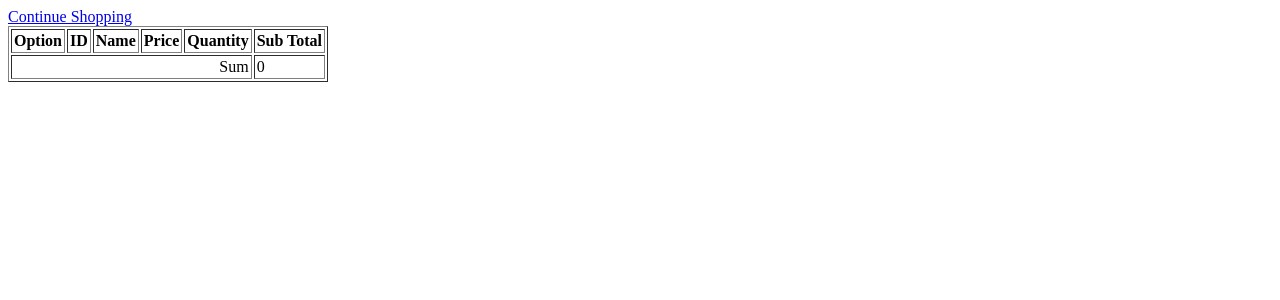
Repository: xzou4/CS221b
Page: http://localhost/fablix/shoppingcart.jsp
These files come from the project's save history. The page is drawn as it stood at one moment and after the next save; the edit follows.
The browser window is 1280 px wide. The pictures show the whole page.
The page is served by Tomcat 9. Other server files are loaded and not shown.

Above is the page before, as saved 2017-02-14 23:39:23.

### fablix/WebContent/shoppingcart.jsp
<%@ page language="java" contentType="text/html; charset=UTF-8"
    pageEncoding="UTF-8"%>

<%@ taglib prefix = "c" uri="http://java.sun.com/jsp/jstl/core"%>
<!DOCTYPE html PUBLIC "-//W3C//DTD HTML 4.01 Transitional//EN" "http://www.w3.org/TR/html4/loose.dtd">
<html>
<head>
<meta http-equiv="Content-Type" content="text/html; charset=UTF-8">
<title>Shopping Cart</title>
</head>
<body>


<a href="javascript:history.back()">Continue Shopping</a>
<table cellpadding="2" cellspacing="2" border="1">
	<tr>
		<th>Option</th>
		<th>ID</th>
		<th>Name</th>
		<th>Price</th>
		<th>Quantity</th>
		<th>Sub Total</th>
	</tr>
	<c:set var="s" value="0"></c:set>
	<c:forEach var="it" items="${sessionScope.cart }">
		<c:set var="s" value="${s + it.price * it.quantity }"></c:set>
		<tr>
			<td align="center"><a href="shoppingCartController?id=${it.id }&action=delete">Delete</td>
			<td>${it.id }</td>
			<td><a href='titlelink?param=${it.name}'>${it.name }</a></td>
			<td>${it.price }</td>
			<td>${it.quantity }</td>
			<td>${it.price * it.quantity}</td>
		</tr>
	</c:forEach>
	<tr>
		<td colspan="5" align="right">Sum</td>
		<td>${s }</td>
	</tr>
</table>

</body>
</html>

After the next save:
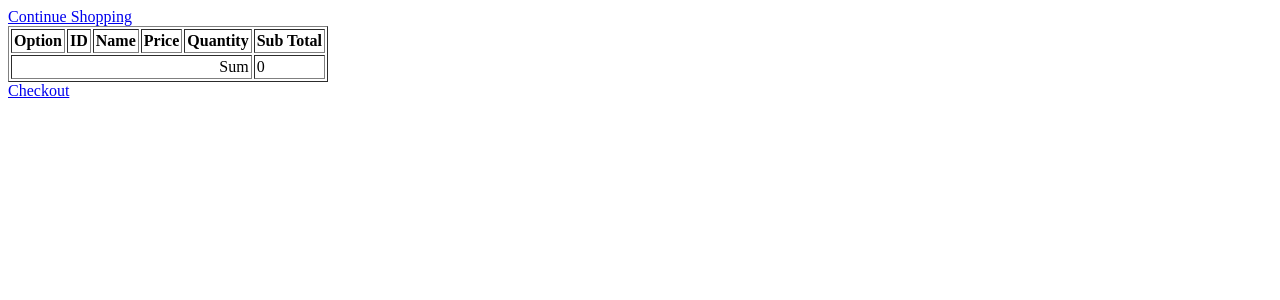
Saved 44 s later.
--- a/fablix/WebContent/shoppingcart.jsp
+++ b/fablix/WebContent/shoppingcart.jsp
@@ -38,6 +38,6 @@
 		<td>${s }</td>
 	</tr>
 </table>
-
+<a href="checkout.html">Checkout</a>
 </body>
 </html>
